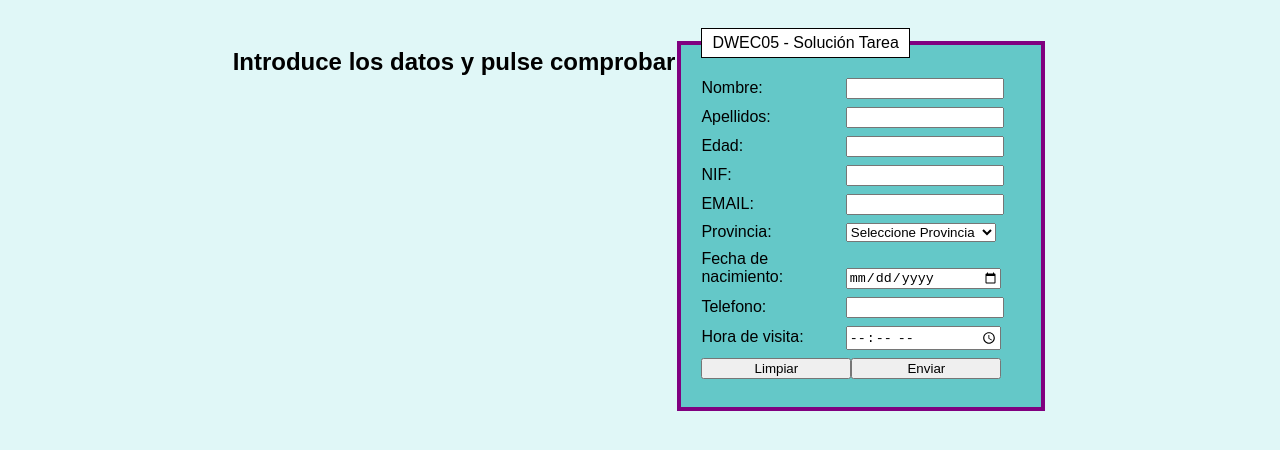
Repository: KoTvTrysaX01/2DAW-Desarrollo-WEB-en-Entorno-Cliente
Page: JAVASCRIPT/UD2/practica5/Actividad2/index.html
An editor plug-in stored every save of this project. The page is shown before and after the next save, followed by the edit.
The browser window is 1280 px wide. The pictures show the whole page.

Above is the page before, as saved 2025-11-01 18:47:18.
Console error: TypeError: Cannot read properties of null (reading 'addEventListener')

After the next save:
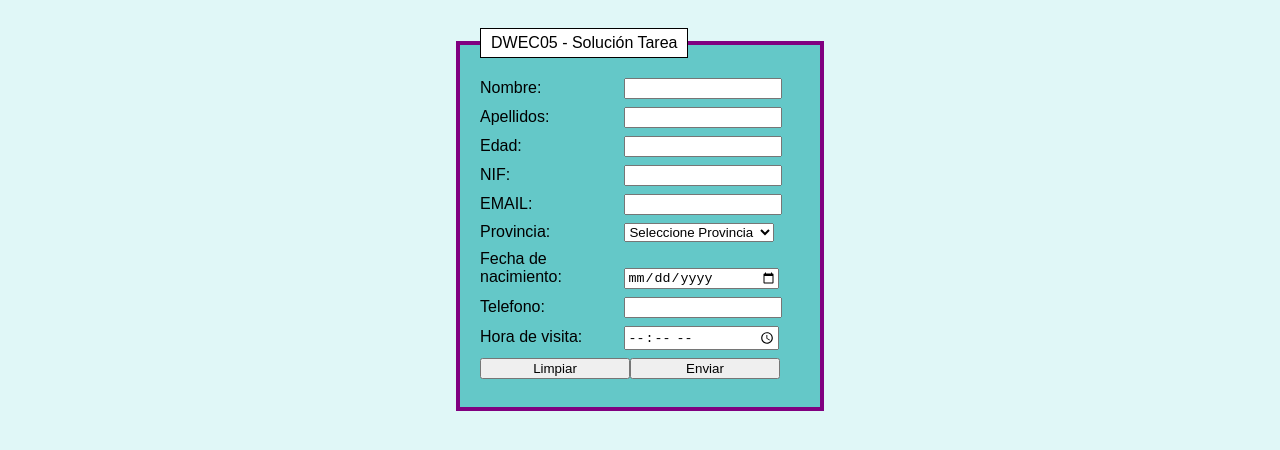
Saved 37 s later.
--- a/JAVASCRIPT/UD2/practica5/Actividad2/index.html
+++ b/JAVASCRIPT/UD2/practica5/Actividad2/index.html
@@ -6,7 +6,7 @@
   <title>Actividad2</title>
   <link rel="stylesheet" href="style.css">
   <body>
-    <h2>Introduce los datos y pulse comprobar</h2>
+
     <fieldset>
       <legend>DWEC05 - Solución Tarea</legend>
     <form id = "registrarForm" name="form1" method="post" action="" target=" _blank">
